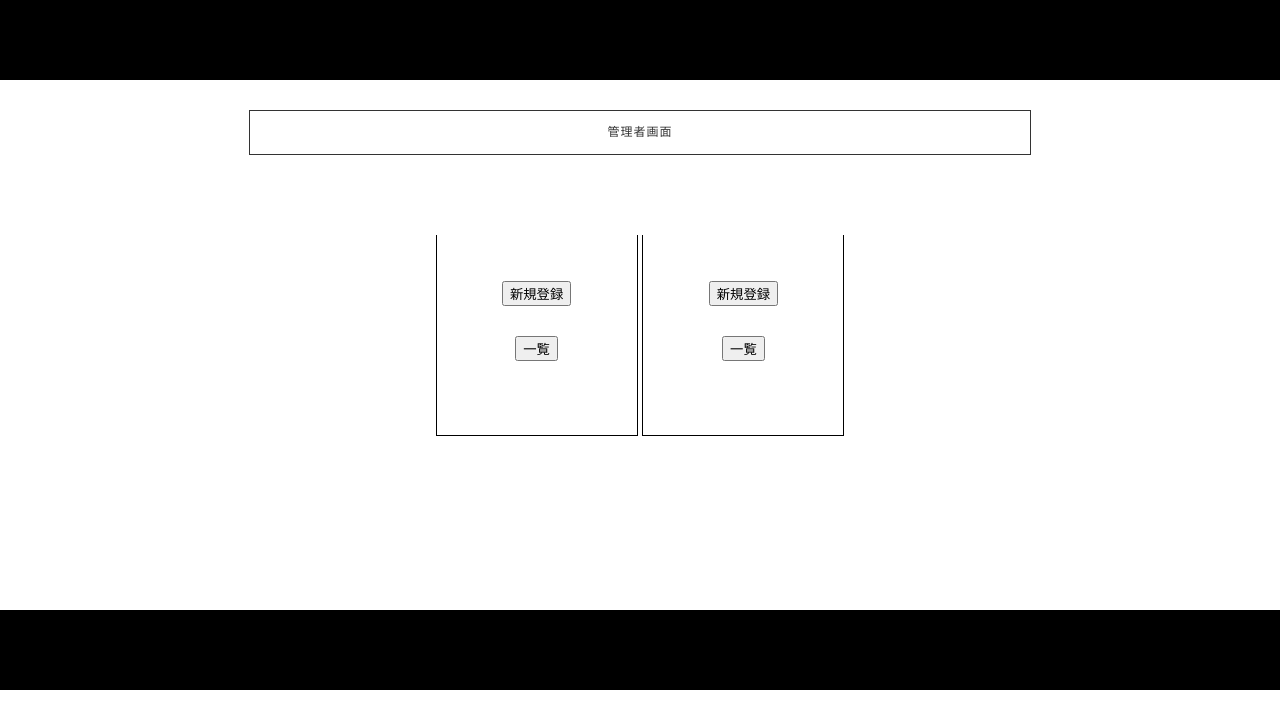
Repository: hiraide8/test
Page: http://localhost/ecsite/admin.jsp
The author's editor kept a copy of each file at every save. The page is drawn from the files as they stood at one save, then again after the next save.
The browser window is 1280 px wide. The pictures show the whole page.
The page is served by Tomcat 9.

Above is the page before, as saved 2019-01-23 11:22:22.

After the next save:
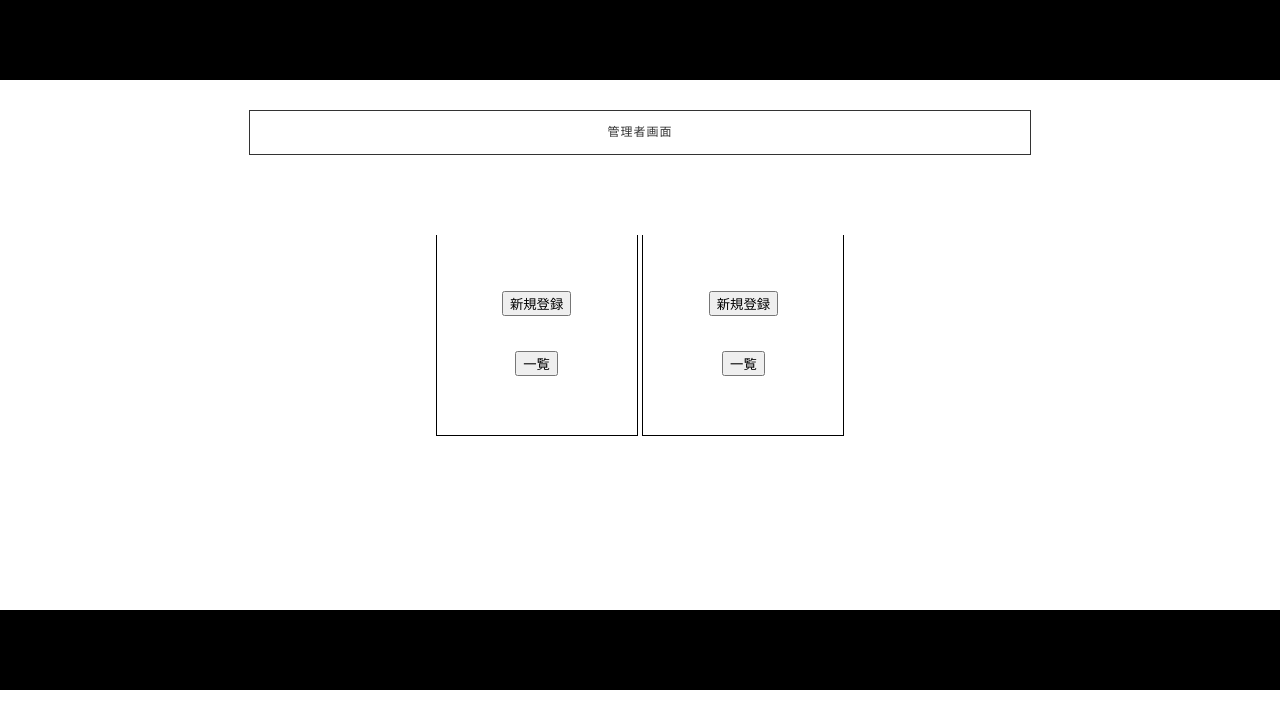
Saved 36 s later.
--- a/ecsite/WebContent/admin.jsp
+++ b/ecsite/WebContent/admin.jsp
@@ -24,7 +24,7 @@
                   background:#fff;
                 }
                 table{
-                  padding-top:20px;
+                  padding-top:25px;
                   margin:0 auto;
                 }
        /* ========ID LAYOUT======== */
